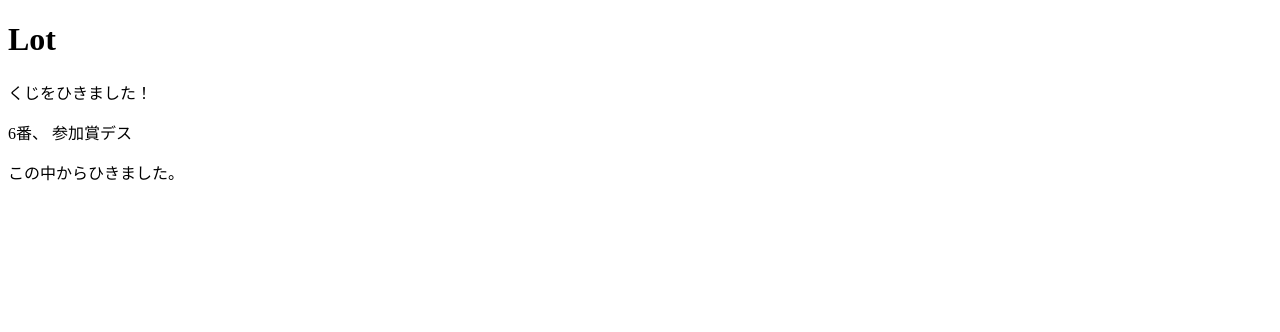
Repository: k-hayack884/sns
Page: http://localhost/lot
The author's editor kept a record of every edit. The page is drawn from the files as they stood at one moment, then again after the next edit.
The browser window is 1280 px wide. The pictures show the whole page.
The page is served by the project's Laravel application, run on PHP 8.4 with Laravel 8. Other server files are loaded and not shown.

Above is the page before.

### bladeapp/routes/web.php
<?php

Route::get('/lot', 'LotController@index');

### bladeapp/app/Http/Controllers/LotController.php
<?php

namespace App\Http\Controllers;

use Illuminate\Http\Request;

class LotController extends Controller
{
    public function index()
    {
        $number = rand(1, 10);
        $prizes = ['特賞', '金賞', '参加賞','壊れちゃった'];
        return view('lot.index', ['number' => $number, 'prizes' => $prizes]);
    }
}

### bladeapp/resources/views/lot/index.blade.php
<!DOCTYPE html>
<html>
    <head>
        <meta charset="utf-8">
        <title>Lot</title>
    </head>
    <body>
        <h1>Lot</h1>
        <p>
            くじをひきました！
        </p>
        <p>
            <!--二重かっこの中に指定した式の結果を、「htmlspecialchars」関数（Laravelのヘルパ「e」関数）でエスケープしたうえで、「echo」文で出力する、という処理と同等のことを行います。-->
            {{ $number }}番、
            @if($number==1)
                {{ $prizes[0] }}デス、
            @elseif($number>=2&&$number<=4)
                {{ $prizes[1] }}デス、
            @elseif($number==10)
                {{ $prizes[3] }}デス
            @else
                {{ $prizes[2] }}デス
            @endif

        </p>
        <p>
            この中からひきました。
        </p>
        <ul>
           {{-- @for ($i = 0; $i < count($prizes); $i++)
                <li>{{ $prizes[$i] }}</li>
            @endfor--}}
        </ul>
    </body>
</html>

Loaded but not shown: bladeapp/app/Http/Controllers/Controller.php (common file)

After the next edit:
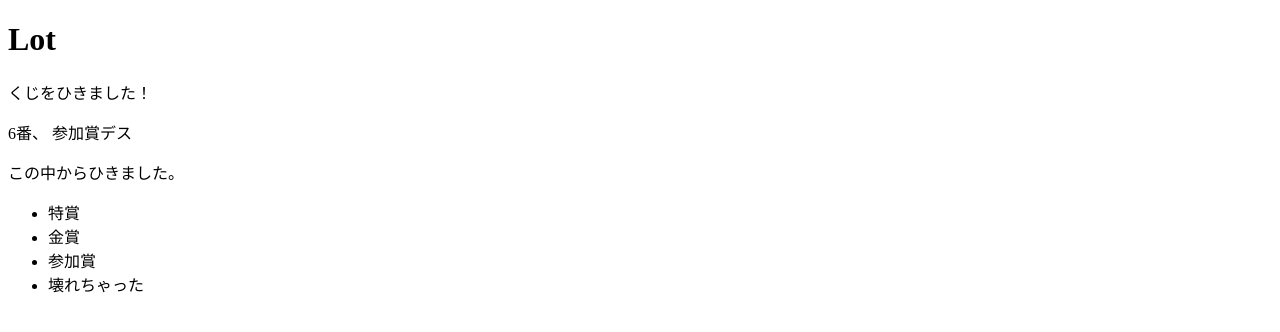
The edit:
--- a/bladeapp/resources/views/lot/index.blade.php
+++ b/bladeapp/resources/views/lot/index.blade.php
@@ -27,6 +27,9 @@
             この中からひきました。
         </p>
         <ul>
+            @foreach ($prizes as $prize)
+                <li>{{ $prize }}</li>
+            @endforeach
            {{-- @for ($i = 0; $i < count($prizes); $i++)
                 <li>{{ $prizes[$i] }}</li>
             @endfor--}}
